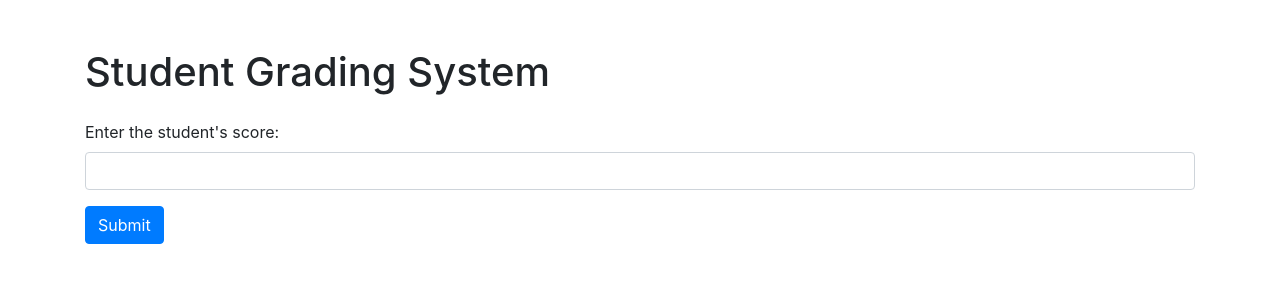
Repository: Alphosmart/grading
Page: assignment.html
The author's editor kept a copy of each file at every save. The page is drawn from the files as they stood at one save, then again after the next save.
The browser window is 1280 px wide. The pictures show the whole page.
Some web libraries are served in a nearby version.

Above is the page before, as saved 2024-06-19 12:30:59.

After the next save:
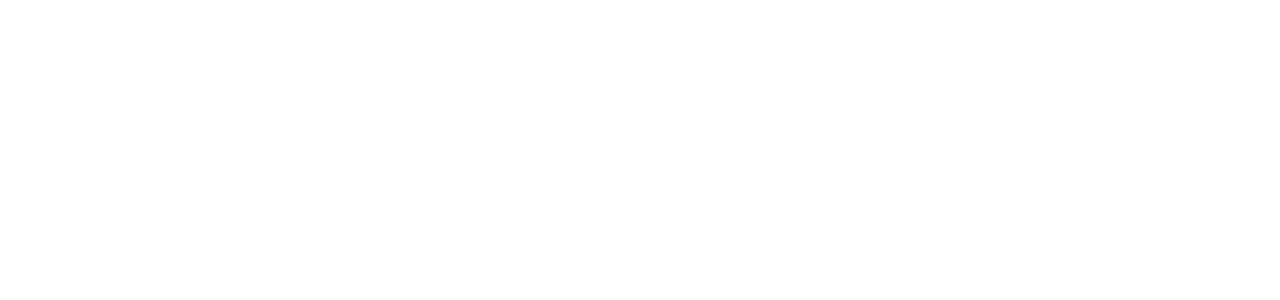
Saved 119 s later.
--- a/assignment.html
+++ b/assignment.html
@@ -11,30 +11,28 @@
     />
   </head>
   <body>
-    <div class="container mt-5">
-      <h1 class="mb-4">Student Grading System</h1>
-      <div class="form-group">
-        <label for="score">Enter the student's score:</label>
-        <input
-          type="number"
-          class="form-control"
-          id="score"
-          min="0"
-          max="100"
-        />
-      </div>
-      <button onclick="gradeStudent()" class="btn btn-primary">Submit</button>
-      <p id="result" class="mt-3"></p>
+    <div class="text-center">
+      <audio
+        id="soundA"
+        src="/Audio/Hand clapping.mp3"
+        class="d-inline-block"
+      ></audio>
+      <audio
+        id="soundC"
+        src="/Audio/Shameful to accept.mp3"
+        class="d-inline-block"
+      ></audio>
+      <audio
+        id="soundD"
+        src="/Audio/Pipelines.mp3"
+        class="d-inline-block"
+      ></audio>
+      <audio
+        id="soundF"
+        src="/Audio/You will never make it African Football meme.mp3"
+        class="d-inline-block"
+      ></audio>
     </div>
-
-    <audio id="soundA" src="/Audio/Hand clapping.mp3"></audio>
-    <audio id="soundB" src="/Audio/Learn a lesson.mp3"></audio>
-    <audio id="soundC" src="/Audio/Shameful to accept.mp3"></audio>
-    <audio id="soundD" src="/Audio/Pipelines.mp3"></audio>
-    <audio
-      id="soundF"
-      src="/Audio/You will never make it African Football meme.mp3"
-    ></audio>
 
     <script src="script.js"></script>
     <!-- Bootstrap JS, Popper.js, and jQuery -->

After the save that followed:
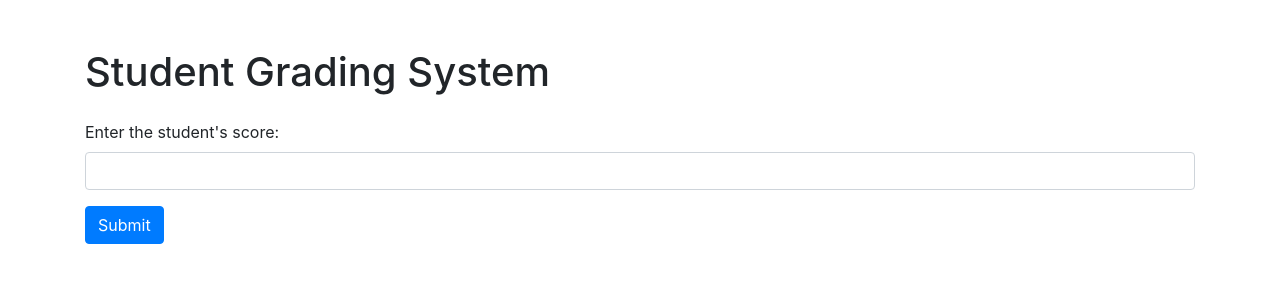
Saved 50 s later.
--- a/assignment.html
+++ b/assignment.html
@@ -11,28 +11,30 @@
     />
   </head>
   <body>
-    <div class="text-center">
-      <audio
-        id="soundA"
-        src="/Audio/Hand clapping.mp3"
-        class="d-inline-block"
-      ></audio>
-      <audio
-        id="soundC"
-        src="/Audio/Shameful to accept.mp3"
-        class="d-inline-block"
-      ></audio>
-      <audio
-        id="soundD"
-        src="/Audio/Pipelines.mp3"
-        class="d-inline-block"
-      ></audio>
-      <audio
-        id="soundF"
-        src="/Audio/You will never make it African Football meme.mp3"
-        class="d-inline-block"
-      ></audio>
+    <div class="container mt-5">
+      <h1 class="mb-4">Student Grading System</h1>
+      <div class="form-group">
+        <label for="score">Enter the student's score:</label>
+        <input
+          type="number"
+          class="form-control"
+          id="score"
+          min="0"
+          max="100"
+        />
+      </div>
+      <button onclick="gradeStudent()" class="btn btn-primary">Submit</button>
+      <p id="result" class="mt-3"></p>
     </div>
+
+    <audio id="soundA" src="/Audio/Hand clapping.mp3"></audio>
+    <audio id="soundB" src="/Audio/Learn a lesson.mp3"></audio>
+    <audio id="soundC" src="/Audio/Shameful to accept.mp3"></audio>
+    <audio id="soundD" src="/Audio/Pipelines.mp3"></audio>
+    <audio
+      id="soundF"
+      src="/Audio/You will never make it African Football meme.mp3"
+    ></audio>
 
     <script src="script.js"></script>
     <!-- Bootstrap JS, Popper.js, and jQuery -->
